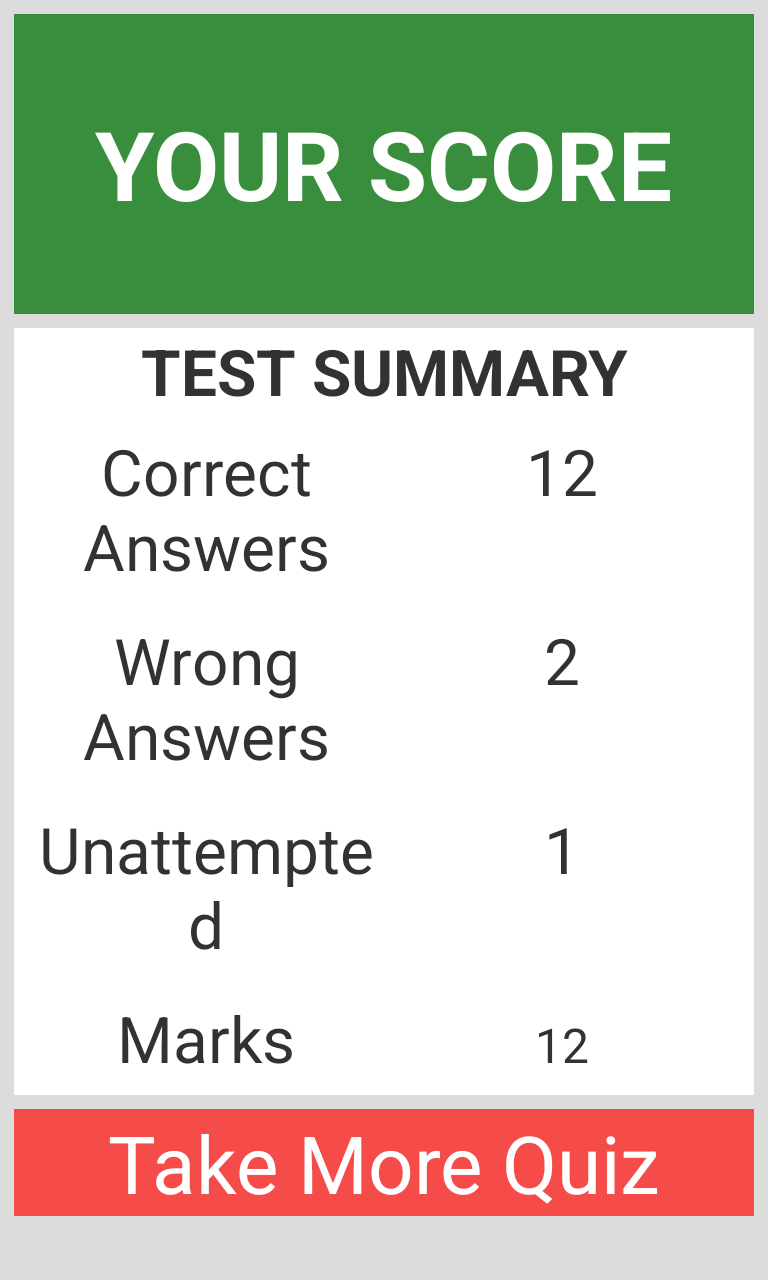
Repository: Harshil737/Career-Launcher
Layout: CareerLauncher/res/layout/activity_test_result_page.xml
These files come from the project's save history. The layout is drawn as it stood at one moment and after the next save; the edit follows.
It is drawn on a 768 x 1280 px phone screen (xhdpi) without system bars, with theme AppTheme; the app's code is not run.

Above is the layout before, as saved 2017-11-04 13:33:26.

### CareerLauncher/res/layout/activity_test_result_page.xml
<RelativeLayout xmlns:android="http://schemas.android.com/apk/res/android"
    xmlns:tools="http://schemas.android.com/tools"
    android:layout_width="match_parent"
    android:layout_height="match_parent"
    android:background="@color/offWhite"
    android:paddingBottom="@dimen/activity_vertical_margin"
    android:paddingLeft="@dimen/activity_horizontal_margin"
    android:paddingRight="@dimen/activity_horizontal_margin"
    android:paddingTop="@dimen/activity_vertical_margin"
    tools:context=".TestResultPage" >

    <RelativeLayout
        android:id="@+id/test_result_page_tmp1"
        android:layout_width="match_parent"
        android:layout_height="150dp"
        android:background="@color/Green" >

        <TextView
            android:id="@+id/test_result_page_tv_score"
            android:layout_width="wrap_content"
            android:layout_height="wrap_content"
            android:layout_centerHorizontal="true"
            android:layout_centerVertical="true"
            android:text="YOUR SCORE"
            android:textColor="@color/colorWhite"
            android:textSize="48sp"
            android:textStyle="bold" />
    </RelativeLayout>

    <LinearLayout
        android:id="@+id/test_result_page_tmp"
        android:layout_width="match_parent"
        android:layout_height="wrap_content"
        android:layout_below="@id/test_result_page_tmp1"
        android:layout_marginTop="7dp"
        android:background="@color/colorWhite"
        android:orientation="vertical" >

        <TextView
            android:layout_width="match_parent"
            android:layout_height="wrap_content"
            android:gravity="center_horizontal"
            android:text="TEST SUMMARY"
            android:textSize="32sp"
            android:textStyle="bold" />

        <LinearLayout
            android:layout_width="match_parent"
            android:layout_height="wrap_content"
            android:layout_margin="7dp"
            android:orientation="horizontal" >

            <TextView
                android:layout_width="0dp"
                android:layout_height="wrap_content"
                android:layout_weight="1"
                android:gravity="center_horizontal"
                android:text="Correct Answers"
                android:textSize="32sp" />

            <TextView
                android:id="@+id/test_result_tv_correct"
                android:layout_width="0dp"
                android:layout_height="wrap_content"
                android:layout_weight="1"
                android:gravity="center_horizontal"
                android:text="12"
                android:textSize="32sp" />
        </LinearLayout>

        <LinearLayout
            android:layout_width="match_parent"
            android:layout_height="wrap_content"
            android:layout_margin="7dp"
            android:orientation="horizontal" >

            <TextView
                android:layout_width="0dp"
                android:layout_height="wrap_content"
                android:layout_weight="1"
                android:gravity="center_horizontal"
                android:text="Wrong Answers"
                android:textSize="32sp" />

            <TextView
                android:id="@+id/test_result_tv_wrong"
                android:layout_width="0dp"
                android:layout_height="wrap_content"
                android:layout_weight="1"
                android:gravity="center_horizontal"
                android:text="2"
                android:textSize="32sp" />
        </LinearLayout>

        <LinearLayout
            android:layout_width="match_parent"
            android:layout_height="wrap_content"
            android:layout_margin="7dp"
            android:orientation="horizontal" >

            <TextView
                android:layout_width="0dp"
                android:layout_height="wrap_content"
                android:layout_weight="1"
                android:gravity="center_horizontal"
                android:text="Unattempted"
                android:textSize="32sp" />

            <TextView
                android:id="@+id/test_result_tv_unattempted"
                android:layout_width="0dp"
                android:layout_height="wrap_content"
                android:layout_weight="1"
                android:gravity="center_horizontal"
                android:text="1"
                android:textSize="32sp" />
        </LinearLayout>

        <LinearLayout
            android:layout_width="match_parent"
            android:layout_height="wrap_content"
            android:layout_margin="7dp"
            android:orientation="horizontal" >

            <TextView
                android:layout_width="0dp"
                android:layout_height="wrap_content"
                android:layout_weight="1"
                android:gravity="center_horizontal"
                android:text="Marks"
                android:textSize="32sp" />

            <TextView
                android:id="@+id/test_result_tv_marks"
                android:layout_width="0dp"
                android:layout_height="wrap_content"
                android:layout_weight="1"
                android:gravity="center_horizontal"
                android:text="12"
                android:textSize="24sp" />
        </LinearLayout>
    </LinearLayout>

    <Button
        android:id="@+id/test_result_btn_home"
        android:layout_width="match_parent"
        android:layout_height="wrap_content"
        android:layout_below="@id/test_result_page_tmp"
        android:layout_gravity="center_horizontal"
        android:layout_marginTop="7dp"
        android:background="#f64c49"
        android:text="Take More Quiz"
        android:textColor="#FFFFFF"
        android:textSize="40sp" />

</RelativeLayout>

### CareerLauncher/res/values/styles.xml
<resources>

    <style name="AppBaseTheme" parent="android:Theme.Light"></style>

    <!-- Application theme. -->
    <style name="AppTheme" parent="AppBaseTheme"></style>

</resources>

### CareerLauncher/res/values/colors.xml
<?xml version="1.0" encoding="utf-8"?>
<resources>

    <color name="colorPrimary">#3F51B5</color>
    <color name="colorPrimaryDark">#303F9F</color>
    <color name="colorAccent">#FF4081</color>
    <color name="colorWhite">#FFFFFF</color>
    <color name="offWhite">#dcdcdc</color>
    <color name="Black">#000000</color>
    <color name="Green">#388e3c</color>
    <color name="lightGreen">#00c853</color>
    <color name="Grey">#9e9e9e</color>
    <color name="yellow">#ffd600</color>

</resources>

Loaded but not shown: CareerLauncher/res/values-v11/styles.xml (common file); CareerLauncher/res/values-v14/styles.xml (common file); CareerLauncher/res/values/dimens.xml (common file)

After the next save:
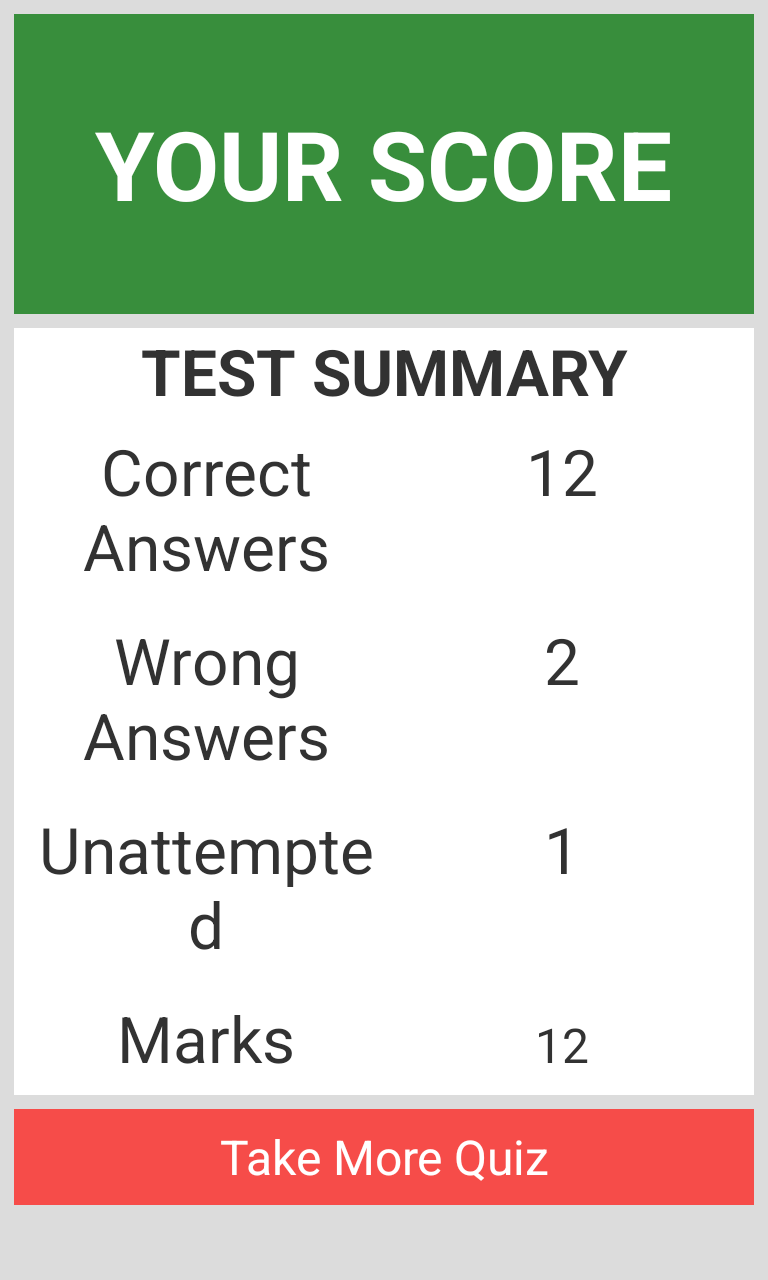
Saved 16 s later.
--- a/CareerLauncher/res/layout/activity_test_result_page.xml
+++ b/CareerLauncher/res/layout/activity_test_result_page.xml
@@ -151,6 +151,6 @@
         android:background="#f64c49"
         android:text="Take More Quiz"
         android:textColor="#FFFFFF"
-        android:textSize="40sp" />
+        android:textSize="24sp" />
 
 </RelativeLayout>
